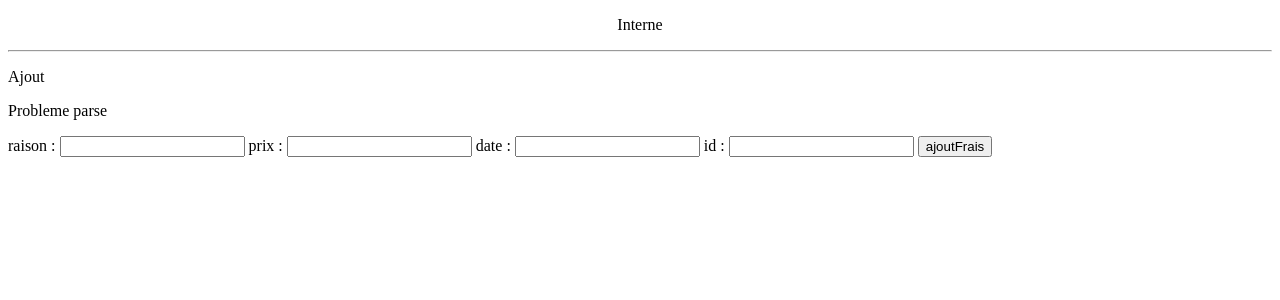
Repository: Shakibaei-2020/CRA_JEE_FINAL
Page: http://localhost/jee_crainfocom/ControleInterneGestionFrais
An editor plug-in stored every save of this project. The page is shown before and after the next save, followed by the edit.
The browser window is 1280 px wide. The pictures show the whole page.
The page is served by Tomcat 9. Other server files are loaded and not shown.

Above is the page before, as saved 2021-04-08 14:00:20.

### CRA_JEE_FINAL/jee_crainfocom/src/main/webapp/WEB-INF/AccueilInterne.jsp
<%@ page language="java" contentType="text/html; charset=ISO-8859-1"
    pageEncoding="ISO-8859-1"%>
<!DOCTYPE html>
<html>
<head>
<meta charset="ISO-8859-1">
<title>Insert title here</title>
</head>
<body>
<center><p>Interne</p></center>
<hr>
<p>Ajout</p><p> Probleme parse </p>


<form method="post" action="ControleInterneGestionFrais" >

            <label for="raisonIn">raison : </label>
            <input type="text" name="raisonIn" id="raisonIn" />

            <label for="mailIn">prix : </label>
            <input type="text" name="prixIn" id="prixlIn" />

            <label for="dateIn">date : </label>
            <input type="text" name="dateIn" id="dateIn" />

   			<label for="idId">id : </label>
            <input type="text" name="idIn" id="idIn" />

            <input type="submit" name="button_clicked" value="ajoutFrais" />
</form>


</body>
</html>

### CRA_JEE_FINAL/jee_crainfocom/src/main/java/com/infocom/controller/Collaborateur/ControleInterneGestionFrais.java
package com.infocom.controller.Collaborateur;
import java.io.IOException;
import java.sql.SQLException;
import java.text.ParseException;
import java.text.SimpleDateFormat;
import java.sql.Date;

import javax.servlet.ServletException;
import javax.servlet.annotation.WebServlet;
import javax.servlet.http.HttpServlet;
import javax.servlet.http.HttpServletRequest;
import javax.servlet.http.HttpServletResponse;
import com.infocom.model.NoteDeFrais;
import com.infocom.model.DAO.NoteDeFraisDAO;


@WebServlet("/ControleInterneGestionFrais")
public class ControleInterneGestionFrais extends HttpServlet {
	private static final long serialVersionUID = 1L;

    public ControleInterneGestionFrais() {
        super();
    }



	protected void doGet(HttpServletRequest request, HttpServletResponse response) throws ServletException, IOException {

        this.getServletContext().getRequestDispatcher("/WEB-INF/AccueilInterne.jsp").forward(request, response);
	}


	protected void doPost(HttpServletRequest request, HttpServletResponse response) throws ServletException, IOException {


		String buttonClicked = request.getParameter("button_clicked");

		if(buttonClicked != null) {
		switch(buttonClicked) {
		case "ajoutFrais":

			String raisonIn =request.getParameter("raisonIn");
	        Double prixIn = Double.parseDouble(request.getParameter("prixIn"));
	        String dateIn = request.getParameter("dateIn");
	        int idIn = Integer.parseInt(request.getParameter("idIn"));

	        Date date=Date.valueOf(dateIn);

	        NoteDeFrais noteDeFrais = new NoteDeFrais(5,raisonIn,prixIn,date, idIn);
	        NoteDeFraisDAO noteDeFraisDAO = new NoteDeFraisDAO();

			try {
				noteDeFraisDAO.insertFrais(noteDeFrais);
			} catch (SQLException e) {
				e.printStackTrace();
			}


			     this.doGet(request, response);
			     return;
			}

	}

		        this.getServletContext().getRequestDispatcher("/WEB-INF/AccueilInterne.jsp").forward(request, response);
	}

}

After the next save:
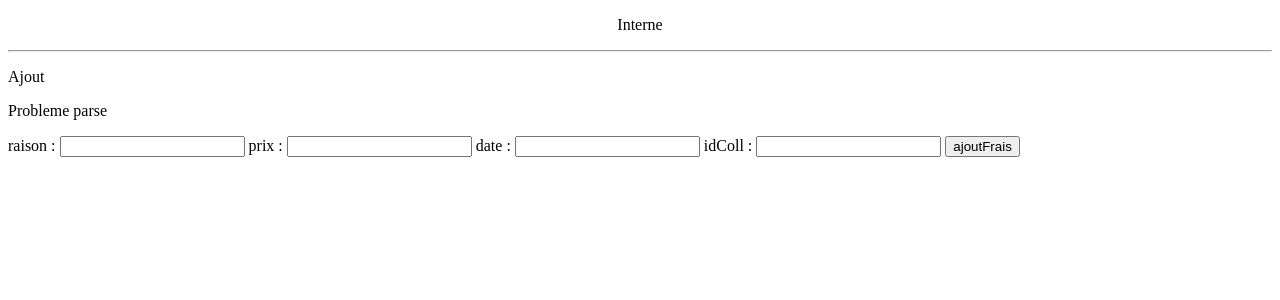
Saved 80 s later.
--- a/CRA_JEE_FINAL/jee_crainfocom/src/main/webapp/WEB-INF/AccueilInterne.jsp
+++ b/CRA_JEE_FINAL/jee_crainfocom/src/main/webapp/WEB-INF/AccueilInterne.jsp
@@ -23,7 +23,7 @@
             <label for="dateIn">date : </label>
             <input type="text" name="dateIn" id="dateIn" />
 
-   			<label for="idId">id : </label>
+   			<label for="idId">idColl : </label>
             <input type="text" name="idIn" id="idIn" />
 
             <input type="submit" name="button_clicked" value="ajoutFrais" />
